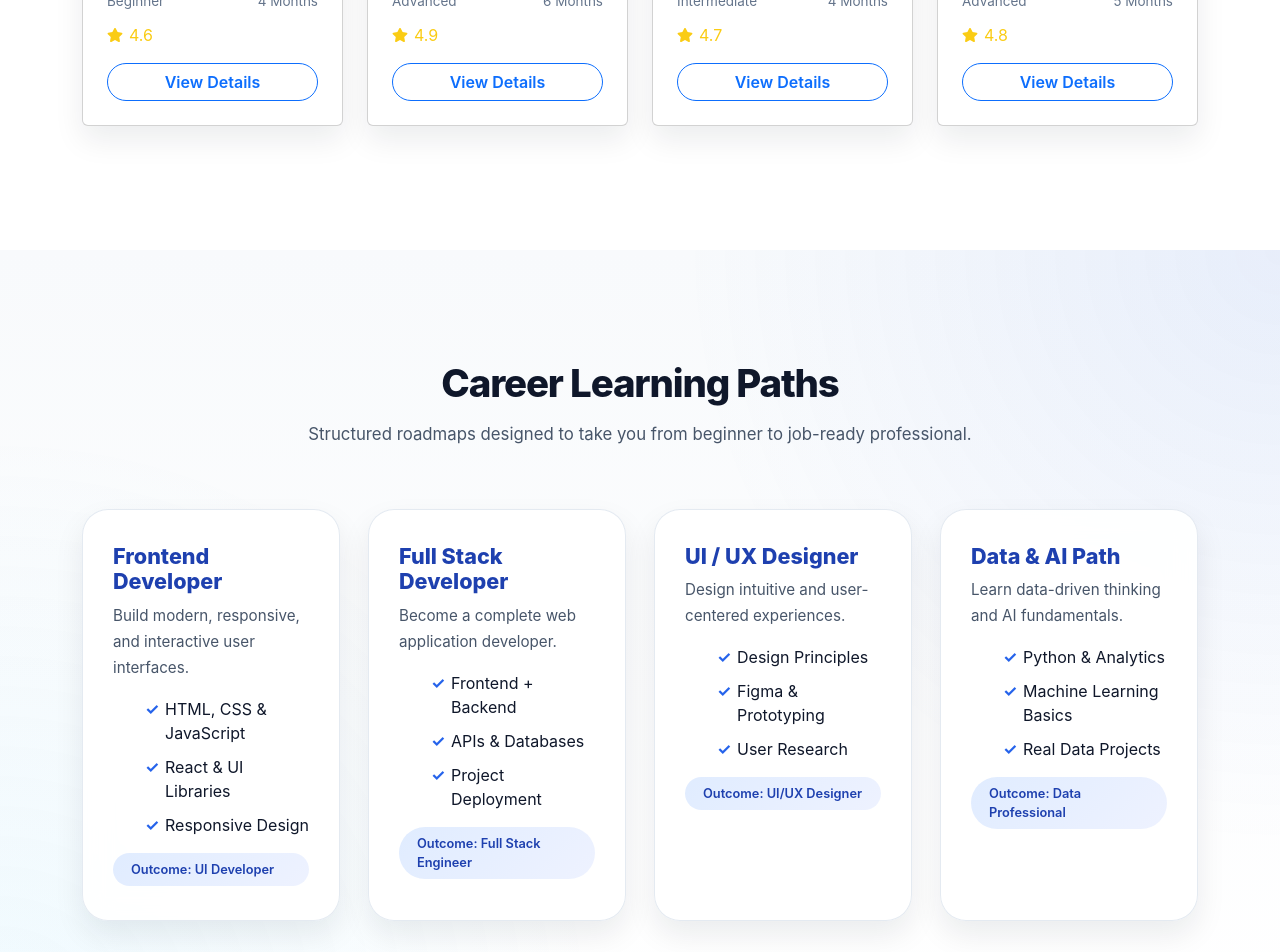
Repository: Aswin74k/project-2
Page: /
An editor plug-in stored every save of this project. The page is shown before and after the next save, followed by the edit.
The browser window is 1280 px wide. The pictures show the part of the page from y = 1872 to 2824 px (the page is 3165 px tall before and 2384 px after).
The project was rebuilt for these pictures with package versions that can differ from the ones it lists, and the page was loaded fresh each time. Also part of the build but not shown: vite.config.js, src/project/course.css, src/project/Course.jsx, src/project/About.css, src/project/About.jsx, src/project/Enroll.css, src/project/Enroll.jsx, src/project/contact.css and 2 more.

Above is the page before, as saved 2025-12-25 17:40:50.

### src/main.jsx
import React from "react";
import ReactDOM from "react-dom/client";
import { BrowserRouter } from "react-router-dom";
import App from "./project/App";
import { AuthProvider } from "./context/AuthContext"; // ✅ ADD THIS
import "bootstrap/dist/css/bootstrap.min.css";

ReactDOM.createRoot(document.getElementById("root")).render(
  <React.StrictMode>
    <BrowserRouter>
      <AuthProvider>
        <App />
      </AuthProvider>
    </BrowserRouter>
  </React.StrictMode>
);

### src/project/App.jsx
import React from "react";
import { Routes, Route } from "react-router-dom";

import EduNavbar from "./EduNavbar";
import Home from "./Home";
import Course from "./Course";
import About from "./About";
import Enroll from "./Enroll";
import Contact from "./Contact";
import ProtectedRoute from "./ProtectedRoute";

export default function App() {
  return (
    <>
      <EduNavbar />

      <Routes>
        <Route path="/" element={<Home />} />
        <Route path="/courses/:id" element={<Course />} />
        <Route path="/about" element={<About />} />
        <Route path="/Contact" element={<Contact />} />


        <Route
          path="/enroll"
          element={
            <ProtectedRoute>
              <Enroll />
            </ProtectedRoute>
          }
        />
      </Routes>

    </>
  );
}

### src/context/AuthContext.jsx
import { createContext, useContext, useState, useEffect } from "react";

const AuthContext = createContext();

export function AuthProvider({ children }) {
  const [user, setUser] = useState(null);
  const [loading, setLoading] = useState(true);

  useEffect(() => {
    const savedUser = JSON.parse(
      localStorage.getItem("loggedInUser")
    );
    if (savedUser) setUser(savedUser);
    setLoading(false);
  }, []);

  const login = (email, password) => {
    const users =
      JSON.parse(localStorage.getItem("registeredUsers")) || [];

    const foundUser = users.find(
      (u) => u.email === email && u.password === password
    );

    if (!foundUser) {
      return { success: false, message: "Invalid email or password" };
    }

    localStorage.setItem(
      "loggedInUser",
      JSON.stringify(foundUser)
    );
    setUser(foundUser);

    return {
      success: true,
      message: `Welcome back, ${foundUser.firstName}`,
    };
  };

  const signup = (data) => {
    const users =
      JSON.parse(localStorage.getItem("registeredUsers")) || [];

    if (users.some((u) => u.email === data.email)) {
      return {
        success: false,
        message: "User already exists with this email!",
      };
    }

    users.push(data);
    localStorage.setItem(
      "registeredUsers",
      JSON.stringify(users)
    );

    localStorage.setItem(
      "loggedInUser",
      JSON.stringify(data)
    );
    setUser(data);

    return {
      success: true,
      message: "Account created successfully",
    };
  };

  const logout = () => {
    localStorage.removeItem("loggedInUser");
    setUser(null);
  };

  return (
    <AuthContext.Provider
      value={{ user, login, signup, logout, loading }}
    >
      {children}
    </AuthContext.Provider>
  );
}

export const useAuth = () => useContext(AuthContext);

### src/project/Home.jsx
import React from "react";
import { Container, Row, Col, Card } from "react-bootstrap";
import { Link } from "react-router-dom";
import {
  FaGraduationCap,
  FaUsers,
  FaChalkboardTeacher,
  FaBriefcase,
  FaStar,
  FaFacebookF,
  FaInstagram,
  FaYoutube,
  FaWhatsapp,
} from "react-icons/fa";
import "./Home.css";

export default function Home() {
  const courses = [
    {
      id: "fullstack",
      title: "Full Stack Development",
      level: "Beginner",
      duration: "6 Months",
      rating: "4.8",
      img: "https://encrypted-tbn0.gstatic.com/images?q=tbn:ANd9GcQPaNXGBezXv5c0v_XSQ6pqOScRBb2ShM3IWg&s",
    },
    {
      id: "mern",
      title: "MERN Stack Development",
      level: "Intermediate",
      duration: "5 Months",
      rating: "4.7",
      img: "https://images.prismic.io/loco-blogs/79328284-f97b-489f-924c-eb3b17e34b56_image2.png",
    },
    {
      id: "uiux",
      title: "UI / UX Design",
      level: "Beginner",
      duration: "4 Months",
      rating: "4.6",
      img: "https://www.almondsolutions.com/images/blog-ui-ux-150223.jpg",
    },
    {
      id: "datascience",
      title: "Data Science",
      level: "Advanced",
      duration: "6 Months",
      rating: "4.9",
      img: "https://bernardmarr.com/wp-content/uploads/2022/11/The-Top-5-Data-Science-And-Analytics-Trends-In-2023.jpg",
    },
    {
      id: "dataanalytics",
      title: "Data Analytics",
      level: "Beginner",
      duration: "4 Months",
      rating: "4.6",
      img: "https://blog.herzing.ca/hubfs/data%20analytics.jpg",
    },
    {
      id: "aiml",
      title: "AI & Machine Learning",
      level: "Advanced",
      duration: "6 Months",
      rating: "4.9",
      img: "https://www.jellyfishtechnologies.com/wp-content/uploads/2021/10/Artificial-Intelligence-versus-Machine-Learning.png",
    },
    {
      id: "cloud",
      title: "Cloud Computing",
      level: "Intermediate",
      duration: "4 Months",
      rating: "4.7",
      img: "https://bernardmarr.com/img/The%205%20Biggest%20Cloud%20Computing%20Trends%20In%202021.jpg",
    },
    {
      id: "devops",
      title: "DevOps Engineering",
      level: "Advanced",
      duration: "5 Months",
      rating: "4.8",
      img: "https://www.itrainu.in/wp-content/uploads/2021/03/DEVOPS-1.jpg",
    },
  ];

  return (
    <div className="home">
      <section className="hero-section">
        <Container>
          <div className="hero-content">
            <h1>
              Learn Future-Ready Skills with <span>EduTech</span>
            </h1>
            <p>
              Industry-aligned courses, real-world projects, and expert mentors
              to accelerate your career.
            </p>

            <div className="hero-actions">

              <Link to="/about" className="btn btn-outline-light btn-lg">
                Learn More
              </Link>
            </div>
          </div>
        </Container>
      </section>

     {/* STATS */}
<section className="stats-section">
  <Container>
    <Row className="g-4">
      <Col xs={12} sm={6} lg={3}>
        <div className="stat-box">
          <FaUsers />
          <h3>25K+</h3>
          <p>Active Learners</p>
        </div>
      </Col>

      <Col xs={12} sm={6} lg={3}>
        <div className="stat-box">
          <FaGraduationCap />
          <h3>8+</h3>
          <p>Industry-Focused Courses</p>
        </div>
      </Col>

      <Col xs={12} sm={6} lg={3}>
        <div className="stat-box">
          <FaChalkboardTeacher />
          <h3>50+</h3>
          <p>Expert Mentors</p>
        </div>
      </Col>

      <Col xs={12} sm={6} lg={3}>
        <div className="stat-box">
          <FaBriefcase />
          <h3>100+</h3>
          <p>Real-World Projects</p>
        </div>
      </Col>
    </Row>
  </Container>
</section>


      <section className="courses-section">
        <Container>
          <h2 className="section-title">Popular Courses</h2>

          <Row>
            {courses.map((course, index) => (
              <Col lg={3} md={4} sm={6} key={index} className="mb-4">
                <Card className="course-card h-100">
                  <Card.Img
                    variant="top"
                    src={course.img}
                    className="course-img"
                  />

                  <Card.Body>
                    <Card.Title>{course.title}</Card.Title>

                    <div className="course-meta">
                      <span>{course.level}</span>
                      <span>{course.duration}</span>
                    </div>

                    <div className="course-rating">
                      <FaStar />
                      <span>{course.rating}</span>
                    </div>

                    <Link
                      to={`/courses/${course.id}`}
                      className="btn btn-outline-primary w-100 mt-3"
                    >
                      View Details
                    </Link>
                  </Card.Body>
                </Card>
              </Col>
            ))}
          </Row>
        </Container>
      </section>


<section className="paths-section">
  <div className="container">
    <h2 className="section-title">Career Learning Paths</h2>
    <p className="section-subtitle">
      Structured roadmaps designed to take you from beginner to job-ready professional.
    </p>

    <div className="paths-grid">

      <div className="path-card">
        <h4>Frontend Developer</h4>
        <p>Build modern, responsive, and interactive user interfaces.</p>

        <ul>
          <li>HTML, CSS & JavaScript</li>
          <li>React & UI Libraries</li>
          <li>Responsive Design</li>
        </ul>

        <div className="path-outcome">Outcome: UI Developer</div>
      </div>

      <div className="path-card">
        <h4>Full Stack Developer</h4>
        <p>Become a complete web application developer.</p>

        <ul>
          <li>Frontend + Backend</li>
          <li>APIs & Databases</li>
          <li>Project Deployment</li>
        </ul>

        <div className="path-outcome">Outcome: Full Stack Engineer</div>
      </div>

      <div className="path-card">
        <h4>UI / UX Designer</h4>
        <p>Design intuitive and user-centered experiences.</p>

        <ul>
          <li>Design Principles</li>
          <li>Figma & Prototyping</li>
          <li>User Research</li>
        </ul>

        <div className="path-outcome">Outcome: UI/UX Designer</div>
      </div>

      <div className="path-card">
        <h4>Data & AI Path</h4>
        <p>Learn data-driven thinking and AI fundamentals.</p>

        <ul>
          <li>Python & Analytics</li>
          <li>Machine Learning Basics</li>
          <li>Real Data Projects</li>
        </ul>

        <div className="path-outcome">Outcome: Data Professional</div>
      </div>

    </div>
  </div>
</section>

import { FaFacebookF, FaInstagram, FaYoutube, FaWhatsapp } from "react-icons/fa";

<footer className="footer">
  <Container className="text-center">
    <h3 className="footer-logo">EduTech</h3>

    <p className="footer-tagline">
      Empowering careers through technology education.
    </p>

    <div className="footer-social">
      <a href="#" aria-label="Facebook">
        <FaFacebookF />
      </a>

      <a href="#" aria-label="Instagram">
        <FaInstagram />
      </a>

      <a href="#" aria-label="YouTube">
        <FaYoutube />
      </a>

      <a href="#" aria-label="WhatsApp">
        <FaWhatsapp />
      </a>
    </div>

    <p className="copy">
      © 2025 EduTech. All rights reserved.
    </p>
  </Container>
</footer>

    </div>
  );
}

### src/project/Navbar.css
/* ================= ROOT VARIABLES ================= */
:root {
  --primary: #111827;
  --primary-soft: rgba(17, 24, 39, 0.08);
  --danger: #ef4444;
  --success: #22c55e;

  --text-dark: #000000;
  --text-muted: #6b7280;

  --border-light: #e5e7eb;
  --bg-white: #ffffff;
}

/* ================= NAVBAR ================= */
.navbar {
  background: var(--bg-white);
  padding: 14px 0;
  border-bottom: 1px solid var(--border-light);
  transition: all 0.3s ease;
  z-index: 1000;
}

.navbar-scrolled {
  box-shadow: 0 10px 30px rgba(0, 0, 0, 0.08);
}

/* ================= BRAND ================= */
.navbar-brand {
  font-size: 1.6rem;
  font-weight: 900;
  color: var(--text-dark) !important;
}

/* ================= NAV LINKS ================= */
.navbar-nav .nav-link {
  color: var(--text-dark) !important;
  font-weight: 600;
  font-size: 0.95rem;
  padding: 8px 14px;
  position: relative;
}

.navbar-nav .nav-link::after {
  content: "";
  position: absolute;
  left: 50%;
  bottom: 2px;
  width: 0;
  height: 2px;
  background: var(--text-dark);
  transform: translateX(-50%);
  transition: width 0.3s ease;
}

.navbar-nav .nav-link:hover::after {
  width: 70%;
}

/* ================= SEARCH ================= */
.custom-search {
  position: relative;
  width: 210px;
}

.custom-search input {
  width: 100%;
  padding: 10px 42px 10px 16px;
  border-radius: 999px;
  border: 1px solid var(--border-light);
  background: #e4e5e6;
  font-size: 0.9rem;
}

.custom-search svg {
  position: absolute;
  right: 14px;
  top: 50%;
  transform: translateY(-50%);
  color: var(--text-muted);
}

/* ================= USER ================= */
.username {
  background: var(--primary-soft);
  color: var(--text-dark);
  padding: 6px 14px;
  border-radius: 999px;
  font-size: 0.85rem;
  font-weight: 600;
}

.user-icon {
  font-size: 22px;
  color: var(--text-dark);
  cursor: pointer;
}

/* ================= LOGOUT ICON ================= */
.logout-icon {
  font-size: 24px;
  color: var(--text-dark);
  cursor: pointer;
}

.logout-icon:hover {
  color: var(--danger);
}

/* ================= MODALS ================= */
.modal-content {
  border-radius: 22px;
  border: none;
  box-shadow: 0 30px 90px rgba(0, 0, 0, 0.25);
  padding: 20px;
}

.modal-header {
  border-bottom: 1px solid var(--border-light);
}

.modal-title {
  font-weight: 700;
}

.modal-body {
  padding: 28px 32px 32px;
}

/* ================= AUTH INPUT (IMAGE MATCHED) ================= */
.auth-input {
  width: 100%;
  height: 56px;
  border-radius: 16px;
  border: 1.5px solid #d1d5db;
  padding: 14px 18px;
  font-size: 1rem;
  margin-bottom: 18px;
  background: #ffffff;
}

.auth-input:focus {
  outline: none;
  border-color: #6366f1;
  box-shadow: 0 0 0 2px rgba(99, 102, 241, 0.25);
}

/* ================= PASSWORD ================= */
.password-wrapper {
  position: relative;
}

.password-wrapper span {
  position: absolute;
  right: 18px;
  top: 40%;
  transform: translateY(-50%);
  font-size: 18px;
  color: var(--text-muted);
  cursor: pointer;
}

/* ================= NAME ROW (SIGNUP) ================= */
.name-row {
  display: grid;
  grid-template-columns: 1fr 1fr;
  gap: 18px;
  margin-bottom: 18px;
}

/* ================= AUTH BUTTON ================= */
.auth-btn {
  width: 100%;
  height: 56px;
  border-radius: 16px;
  background: var(--text-dark);
  border: none;
  color: #fff;
  font-size: 1.05rem;
  font-weight: 600;
  margin-top: 8px;
}

.auth-btn:hover {
  opacity: 0.9;
}

/* ================= AUTH FOOTER ================= */
.auth-footer {
  margin-top: 16px;
  text-align: center;
  font-size: 0.9rem;
  color: var(--text-muted);
}

.auth-footer span {
  color: var(--text-dark);
  font-weight: 600;
  cursor: pointer;
}

/* ================= LOGOUT MODAL ================= */
.logout-modal .logout-icon-wrapper {
  width: 64px;
  height: 64px;
  background: rgba(0, 0, 0, 0.08);
  color: var(--danger);
  border-radius: 50%;
  display: flex;
  align-items: center;
  justify-content: center;
  font-size: 28px;
  margin: 0 auto 16px;
}

.logout-actions {
  display: flex;
  gap: 14px;
  justify-content: center;
}

.logout-cancel {
  padding: 10px 22px;
  border-radius: 14px;
  border: 2px solid var(--text-dark);
  background: transparent;
  font-weight: 600;
}

.logout-confirm {
  padding: 10px 22px;
  border-radius: 14px;
  background: var(--danger);
  border: none;
  color: #fff;
  font-weight: 600;
}

/* ================= MOBILE ================= */
@media (max-width: 768px) {
  .navbar-collapse {
    background: #ffffff;
    padding: 18px;
    border-radius: 16px;
    margin-top: 10px;
  }

  .custom-search {
    width: 100%;
    margin-top: 12px;
  }

  .name-row {
    grid-template-columns: 1fr;
  }
}

/* ================= AUTH MESSAGES (FINAL POLISH) ================= */
.modal-message {
  padding: 14px 18px;
  border-radius: 14px;
  font-size: 0.9rem;
  font-weight: 600;
  text-align: center;
  margin-bottom: 18px;
  line-height: 1.4;
  animation: messageFade 0.25s ease-in-out;
}

/* SUCCESS */
.modal-message.success {
  background: rgba(34, 197, 94, 0.14);
  color: #15803d;
  border: 1.5px solid rgba(34, 197, 94, 0.35);
}

/* ERROR */
.modal-message.error {
  background: rgba(239, 68, 68, 0.14);
  color: #b91c1c;
  border: 1.5px solid rgba(239, 68, 68, 0.35);
}

/* subtle animation */
@keyframes messageFade {
  from {
    opacity: 0;
    transform: translateY(-6px);
  }
  to {
    opacity: 1;
    transform: translateY(0);
  }
}

Loaded but not shown: index.html (common file); src/project/EduNavbar.jsx (341 lines, source omitted); src/project/Home.css (354 lines, source omitted)

After the next save:
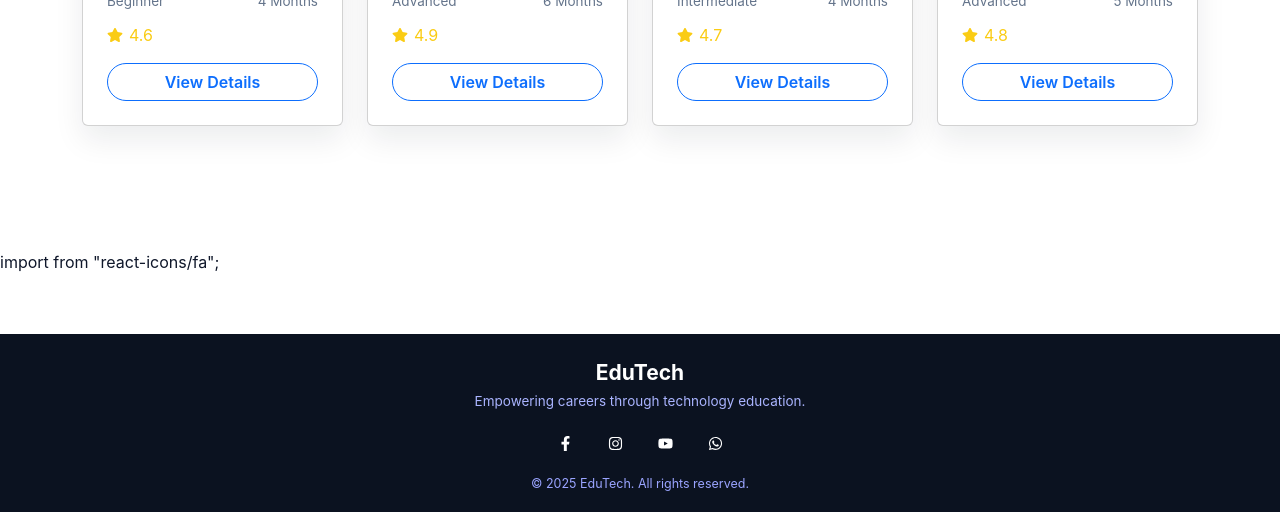
Saved 25 s later.
--- a/src/project/Home.jsx
+++ b/src/project/Home.jsx
@@ -187,70 +187,7 @@
       </section>
 
 
-<section className="paths-section">
-  <div className="container">
-    <h2 className="section-title">Career Learning Paths</h2>
-    <p className="section-subtitle">
-      Structured roadmaps designed to take you from beginner to job-ready professional.
-    </p>
-
-    <div className="paths-grid">
-
-      <div className="path-card">
-        <h4>Frontend Developer</h4>
-        <p>Build modern, responsive, and interactive user interfaces.</p>
-
-        <ul>
-          <li>HTML, CSS & JavaScript</li>
-          <li>React & UI Libraries</li>
-          <li>Responsive Design</li>
-        </ul>
-
-        <div className="path-outcome">Outcome: UI Developer</div>
-      </div>
-
-      <div className="path-card">
-        <h4>Full Stack Developer</h4>
-        <p>Become a complete web application developer.</p>
-
-        <ul>
-          <li>Frontend + Backend</li>
-          <li>APIs & Databases</li>
-          <li>Project Deployment</li>
-        </ul>
-
-        <div className="path-outcome">Outcome: Full Stack Engineer</div>
-      </div>
-
-      <div className="path-card">
-        <h4>UI / UX Designer</h4>
-        <p>Design intuitive and user-centered experiences.</p>
-
-        <ul>
-          <li>Design Principles</li>
-          <li>Figma & Prototyping</li>
-          <li>User Research</li>
-        </ul>
-
-        <div className="path-outcome">Outcome: UI/UX Designer</div>
-      </div>
-
-      <div className="path-card">
-        <h4>Data & AI Path</h4>
-        <p>Learn data-driven thinking and AI fundamentals.</p>
-
-        <ul>
-          <li>Python & Analytics</li>
-          <li>Machine Learning Basics</li>
-          <li>Real Data Projects</li>
-        </ul>
-
-        <div className="path-outcome">Outcome: Data Professional</div>
-      </div>
-
-    </div>
-  </div>
-</section>
+
 
 import { FaFacebookF, FaInstagram, FaYoutube, FaWhatsapp } from "react-icons/fa";
 

After the 3 saves that followed:
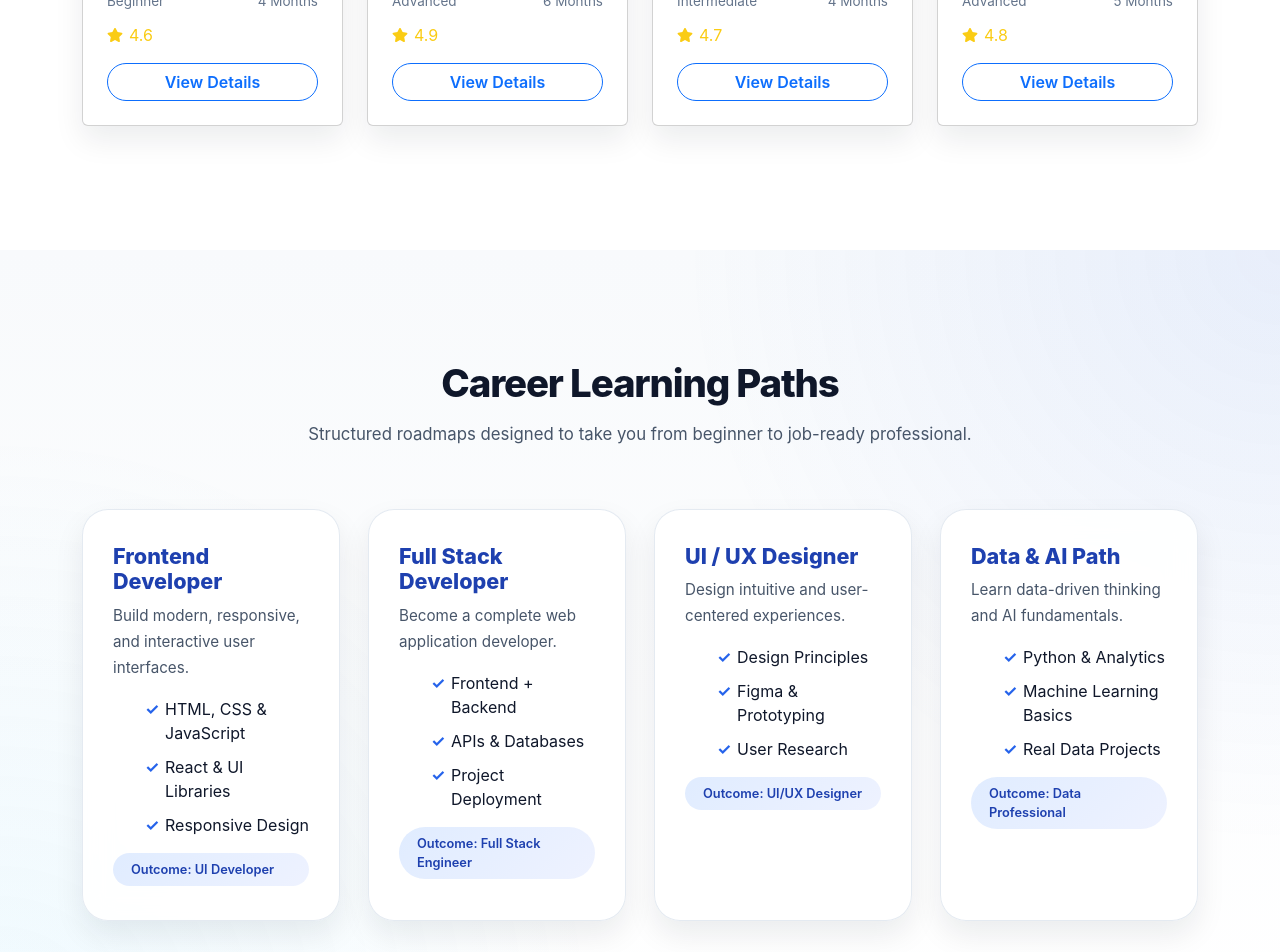
The 3 saves are shown as one change because 1 left the picture as it was and some came seconds apart.
The last was saved 37 s later.
--- a/src/project/Home.jsx
+++ b/src/project/Home.jsx
@@ -187,7 +187,70 @@
       </section>
 
 
-
+<section className="paths-section">
+  <div className="container">
+    <h2 className="section-title">Career Learning Paths</h2>
+    <p className="section-subtitle">
+      Structured roadmaps designed to take you from beginner to job-ready professional.
+    </p>
+
+    <div className="paths-grid">
+
+      <div className="path-card">
+        <h4>Frontend Developer</h4>
+        <p>Build modern, responsive, and interactive user interfaces.</p>
+
+        <ul>
+          <li>HTML, CSS & JavaScript</li>
+          <li>React & UI Libraries</li>
+          <li>Responsive Design</li>
+        </ul>
+
+        <div className="path-outcome">Outcome: UI Developer</div>
+      </div>
+
+      <div className="path-card">
+        <h4>Full Stack Developer</h4>
+        <p>Become a complete web application developer.</p>
+
+        <ul>
+          <li>Frontend + Backend</li>
+          <li>APIs & Databases</li>
+          <li>Project Deployment</li>
+        </ul>
+
+        <div className="path-outcome">Outcome: Full Stack Engineer</div>
+      </div>
+
+      <div className="path-card">
+        <h4>UI / UX Designer</h4>
+        <p>Design intuitive and user-centered experiences.</p>
+
+        <ul>
+          <li>Design Principles</li>
+          <li>Figma & Prototyping</li>
+          <li>User Research</li>
+        </ul>
+
+        <div className="path-outcome">Outcome: UI/UX Designer</div>
+      </div>
+
+      <div className="path-card">
+        <h4>Data & AI Path</h4>
+        <p>Learn data-driven thinking and AI fundamentals.</p>
+
+        <ul>
+          <li>Python & Analytics</li>
+          <li>Machine Learning Basics</li>
+          <li>Real Data Projects</li>
+        </ul>
+
+        <div className="path-outcome">Outcome: Data Professional</div>
+      </div>
+
+    </div>
+  </div>
+</section>
 
 import { FaFacebookF, FaInstagram, FaYoutube, FaWhatsapp } from "react-icons/fa";
 
